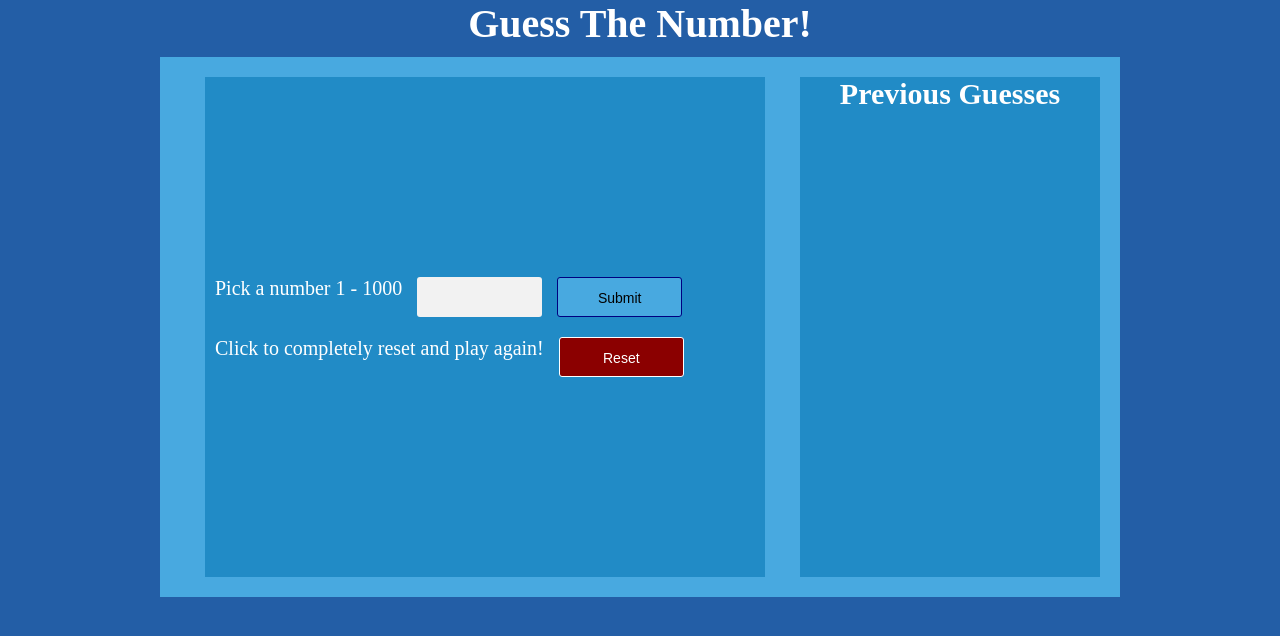
Repository: mlmEFSC21/P15-Modified-Guessing-Game
Page: guess.html
An editor plug-in stored every save of this project. The page is shown before and after the next save, followed by the edit.
The browser window is 1280 px wide. The pictures show the whole page.

Above is the page before, as saved 2022-03-21 20:52:46.

After the next save:
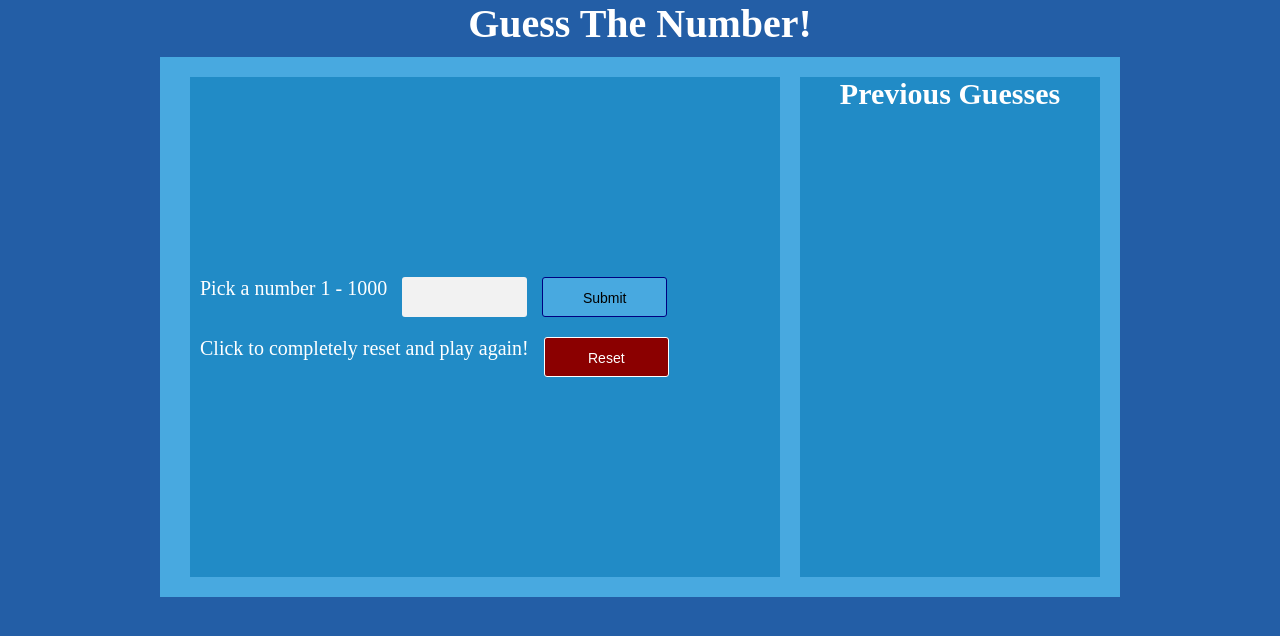
Saved 8 s later.
--- a/guess.css
+++ b/guess.css
@@ -36,7 +36,7 @@ body {
     background-color: var(--clr-primary);
     display: flex;
     flex-direction: column-reverse;
-    margin: 10px 25px;
+    margin: 10px 10px;
     padding: 10px;
     grid-column: 1 / 3;
     grid-row: 1 / 4;
